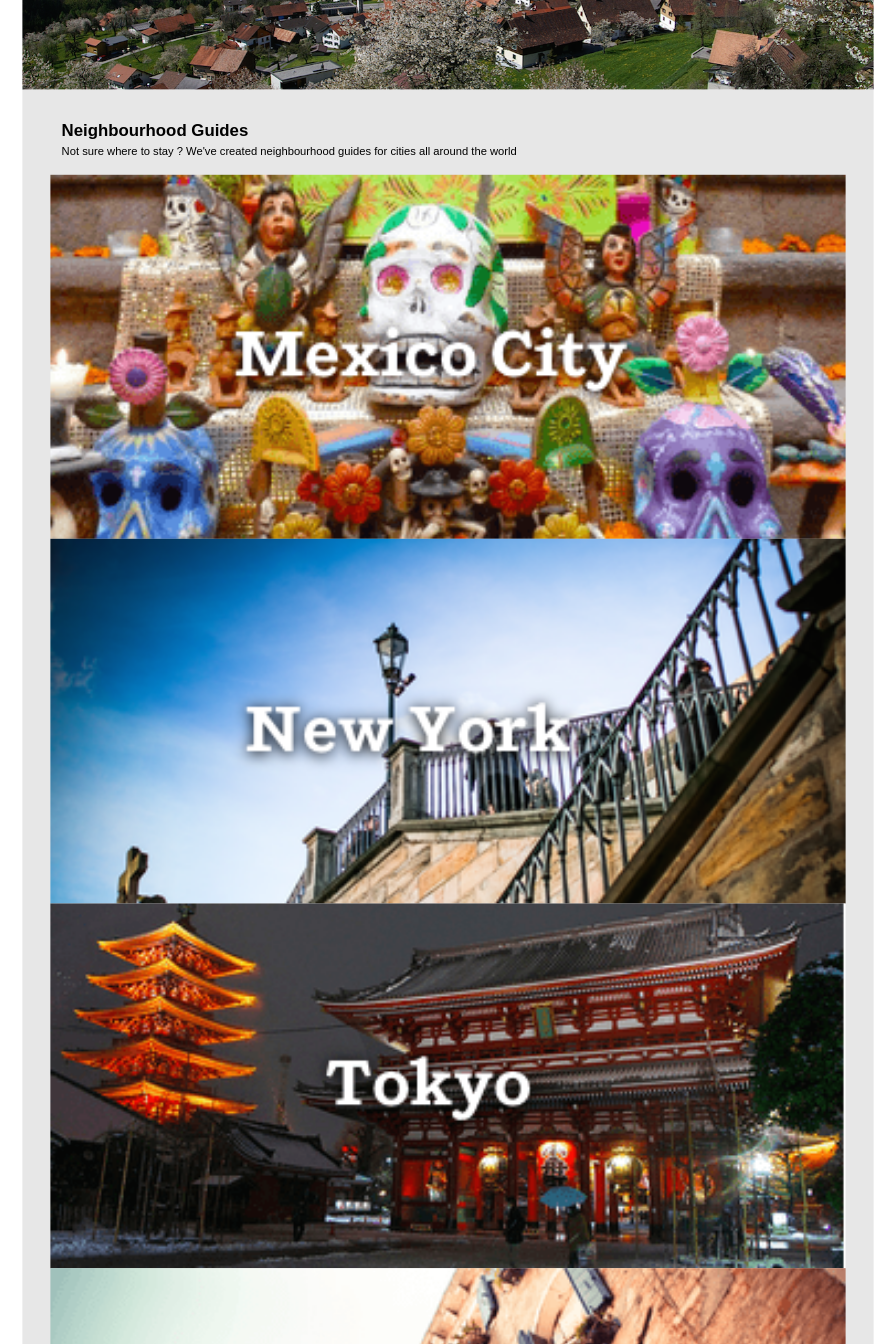
Repository: Naohonproject/web101x02_asm1
Page: Project2.html
The author's editor kept a copy of each file at every save. The page is drawn from the files as they stood at one save, then again after the next save.
The browser window is 1280 px wide. The pictures show the part of the page from y = 404 to 2324 px (the page is 4105 px tall before and 4014 px after), at 70% of full size.

Above is the page before, as saved 2022-01-15 22:34:51.

After the next save:
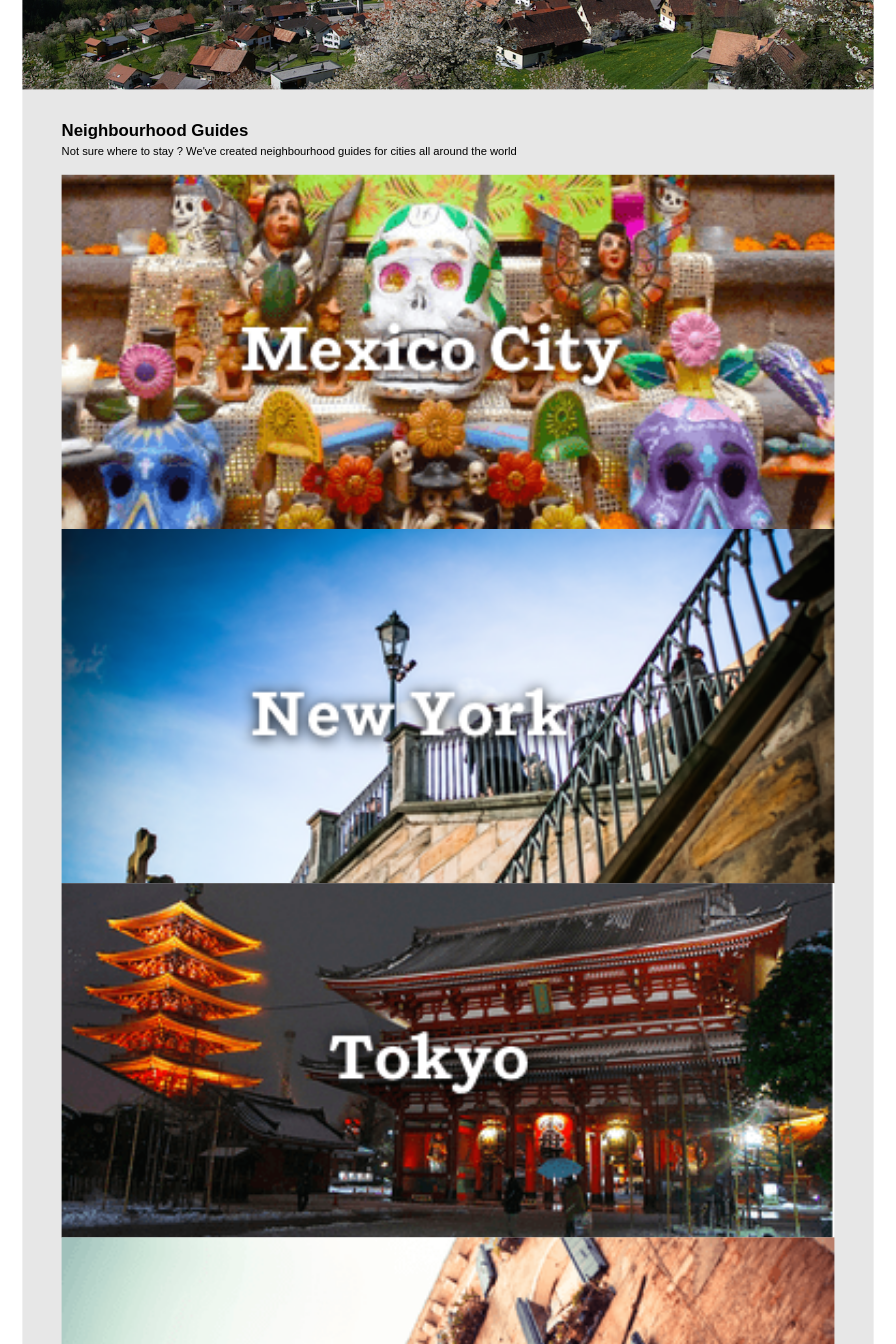
Saved 12 s later.
--- a/assets/css/style.css
+++ b/assets/css/style.css
@@ -151,11 +151,6 @@ p {
 	width: 100%;
 }
 
-#content .content-images-table {
-	margin-left: -16px;
-	margin-right: -16px;
-}
-
 .image-block .first-image {
 	margin-bottom: 40px;
 }

After the save that followed:
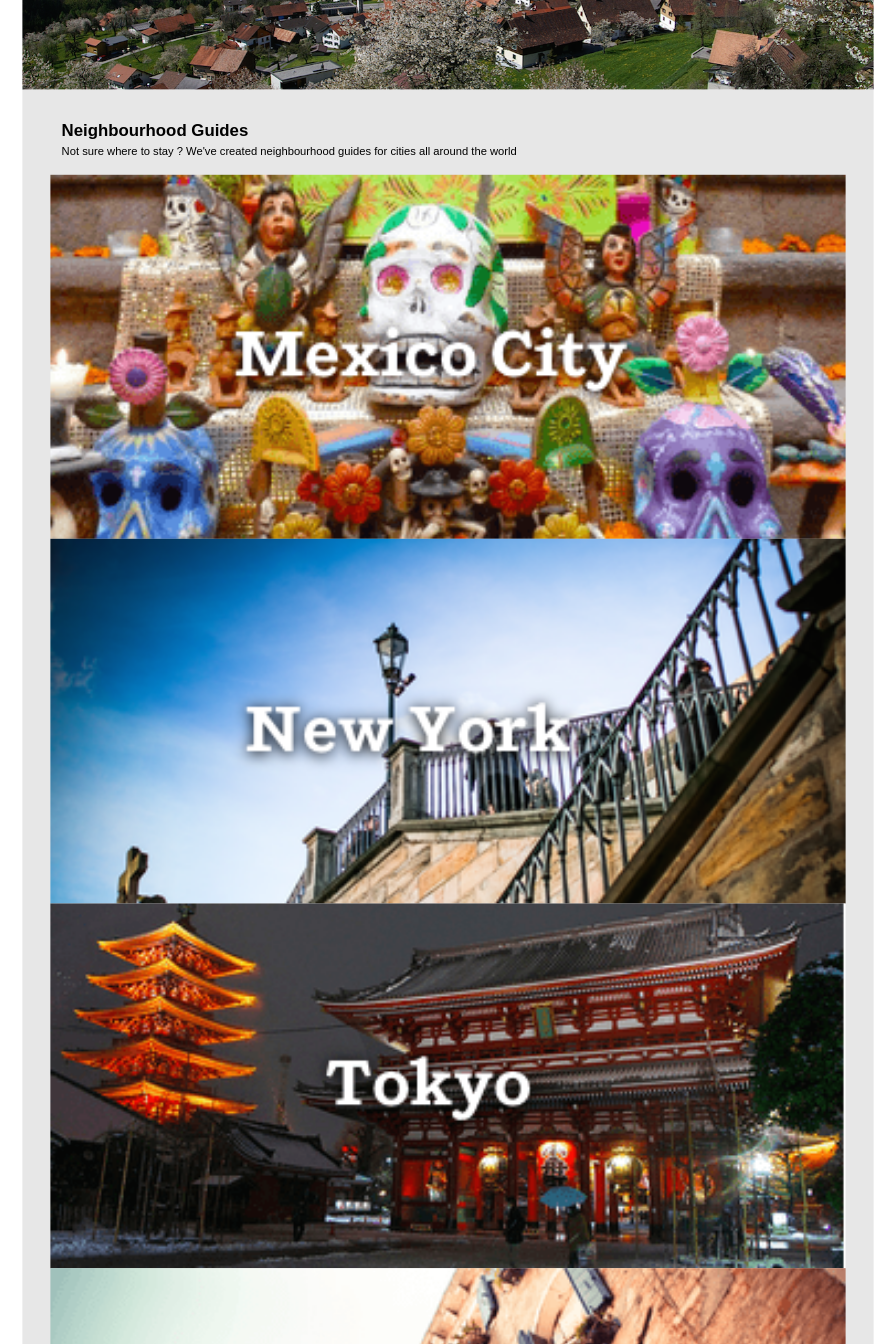
Saved 25 s later.
--- a/Project2.html
+++ b/Project2.html
@@ -51,7 +51,7 @@
 						cities all around the world
 					</p>
 				</div>
-				<div class="content-images-table">
+				<div class="content-images-table neg-mgn8">
 					<div class=".col-third">
 						<img
 							class="first-image"
